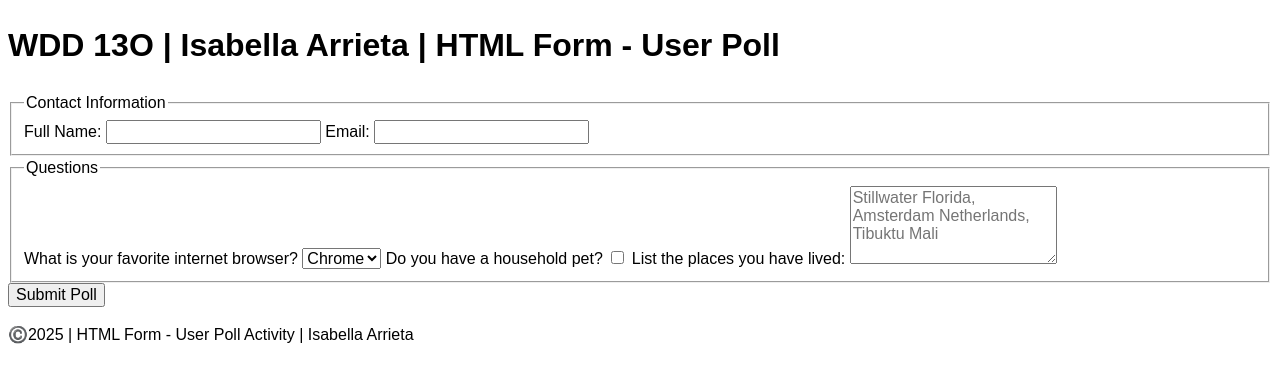
Repository: isaAJ05/wdd130
Page: week05/poll-form.html
These files come from the project's save history. The page is drawn as it stood at one moment and after a run of saves; the edit follows.
The browser window is 1280 px wide. The pictures show the whole page.

Above is the page before, as saved 2025-06-14 18:30:21.

### week05/poll-form.html
<!DOCTYPE html>
<html lang="en-us">
<head>
    <meta charset="UTF-8">
    <meta name="viewport" content="width=device-width, initial-scale=1.0">
    <title>WDD 130 | HTML Form - User Poll</title>
    <meta name="description" content="Poll form">
    <meta name="author" content="Isabella Arrieta">
    <link rel="stylesheet" href="styles/poll-form.css">
</head>
<body>
    <header>
        <h1>WDD 13O | Isabella Arrieta | HTML Form - User Poll</h1>
    </header>
    <main>
        <form>
            <fieldset>
                <legend>Contact Information</legend>
                <label>Full Name: <input type="text" name="fullname"></label>
                <label>Email: <input type="email" id="useremail" name="useremail"></label>
            </fieldset>
            <fieldset>
                <legend>Questions</legend>
                <label for="browser">What is your favorite internet browser?</label>
                <select id="browser" name="browser">
                    <option value="chrome">Chrome</option>
                    <option value="firefox">Firefox</option>
                    <option value="safari">Safari</option>
                    <option value="edge">Edge</option>
                    <option value="brave">Brave</option>
                    <option value="other">Other</option>
                </select>
                <label for="pet">Do you have a household pet?</label>
                <input type="checkbox" id="pet" name="pet">
                <label for="feedback">List the places you have lived:</label>
                <textarea id="feedback" name="feedback" rows="4" placeholder="Stillwater Florida, Amsterdam Netherlands, Tibuktu Mali"></textarea>
            </fieldset>
            <button type="submit">Submit Poll</button>
        </form>
    </main>
    <footer>
        <p>©️2025 | HTML Form - User Poll Activity | Isabella Arrieta</p>

    </footer>
</body>
</html>

### week05/styles/poll-form.css
button,
input,
select,
textarea {
  font-family: inherit;
  font-size: 100%;
}
body {
  font-family: Arial, Helvetica, sans-serif;
  font-size: 16px;
  line-height: 1.5;
}

After the next 2 saves:
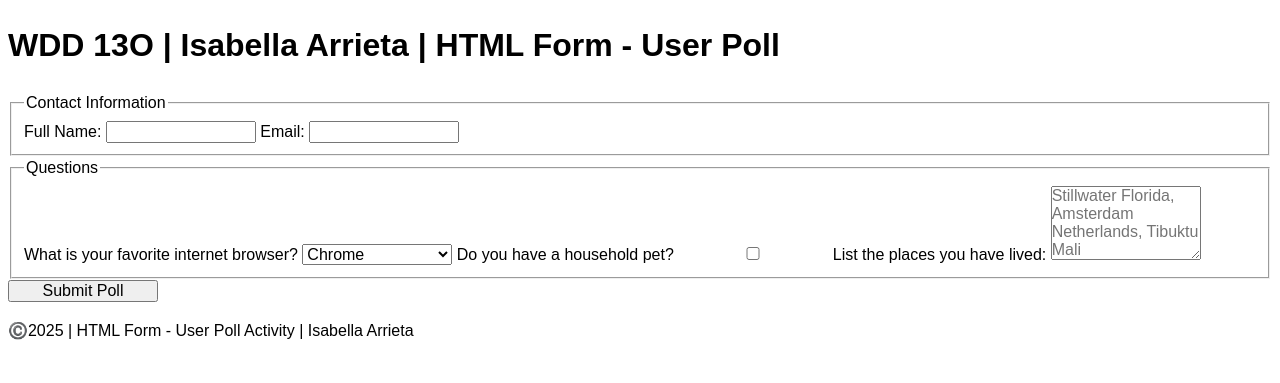
The 2 saves are shown as one change because they came seconds apart.
The last was saved 24 s later.
--- a/week05/styles/poll-form.css
+++ b/week05/styles/poll-form.css
@@ -4,6 +4,10 @@ select,
 textarea {
   font-family: inherit;
   font-size: 100%;
+  width: 150px;
+  padding: 0;
+  margin: 0;
+  box-sizing: border-box;
 }
 body {
   font-family: Arial, Helvetica, sans-serif;
